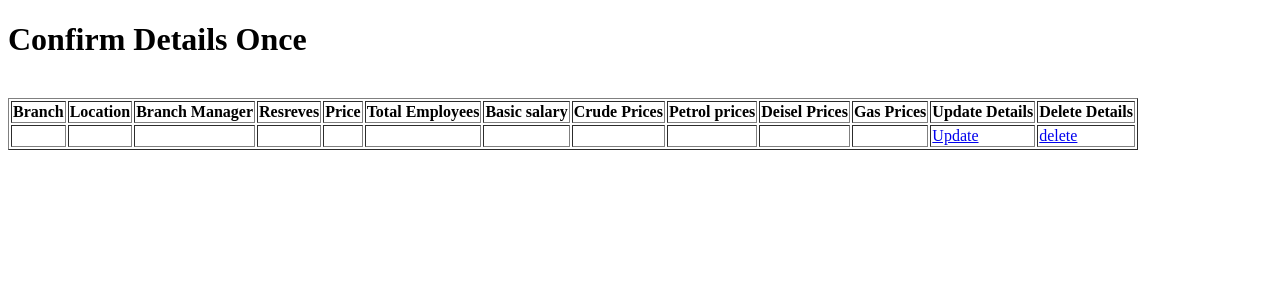
Repository: veerrajuMareddi/demo
Page: http://localhost/OilCorporation/views/single.jsp
The author's editor kept a copy of each file at every save. The page is drawn from the files as they stood at one save, then again after the next save.
The browser window is 1280 px wide. The pictures show the whole page.
The page is served by Tomcat 9. The template is opened directly, without the code that normally fills it, so the values that code supplies are empty.

Above is the page before, as saved 2022-04-29 06:16:36.

After the next save:
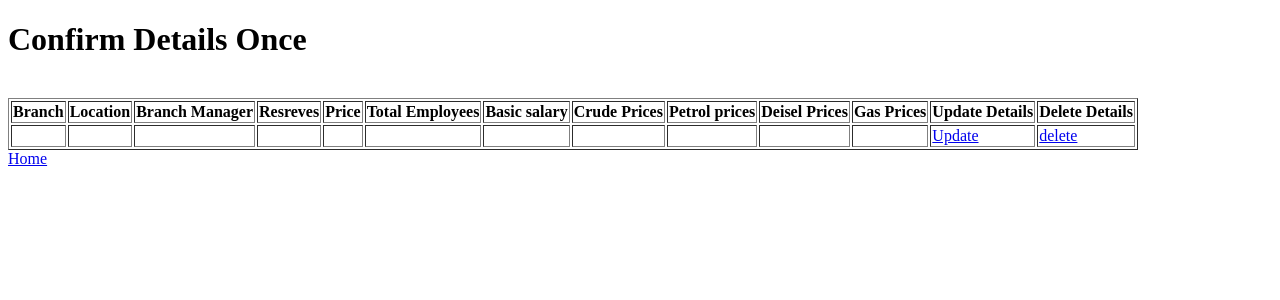
Saved 2 min 1 s later.
--- a/OilCorporation/src/main/webapp/views/single.jsp
+++ b/OilCorporation/src/main/webapp/views/single.jsp
@@ -61,5 +61,6 @@ pageEncoding="ISO-8859-1"%>
 </tr>
 
 </table>
+<a class="btn btn-info" href="src/index">Home</a>
 </body>
 </html>
